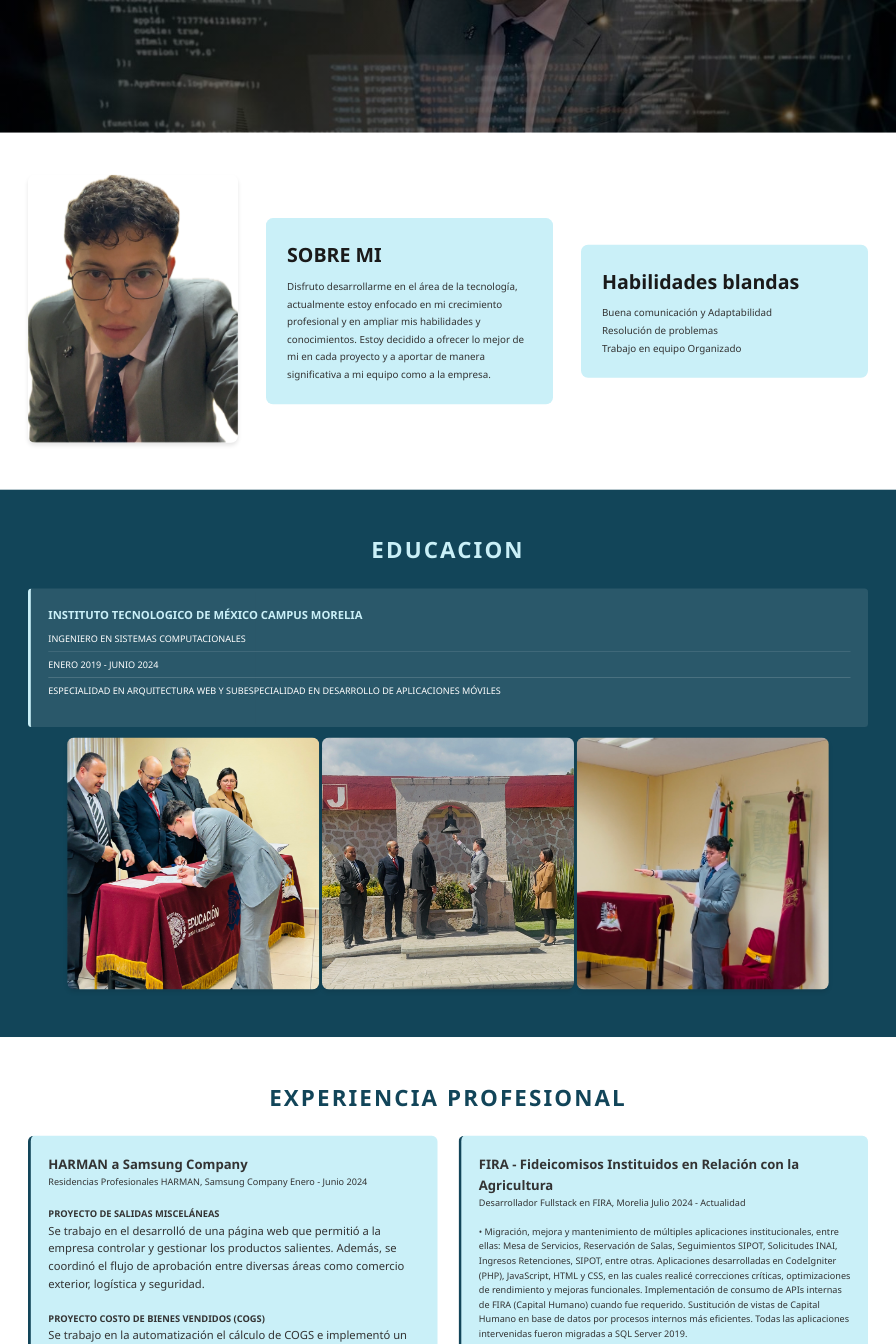
Repository: rafaelsilva2k/mi-portafolio
Page: index.html
These files come from the project's save history. The page is drawn as it stood at one moment and after a run of saves; the edit follows.
The browser window is 1280 px wide. The pictures show the part of the page from y = 411 to 2331 px (the page is 3313 px tall before and 3319 px after), at 70% of full size.

Above is the page before, as saved 2026-04-17 12:58:08.

### index.html
<!DOCTYPE html>
<html lang="en">
<head>
    <meta charset="UTF-8">
    <meta name="viewport" content="width=device-width, initial-scale=1.0">
    <title>Rafael Fabian Silva Zapien</title>
    <link rel="stylesheet" href="styles.css">
</head>
<body>
    <!-- HEADER: Nombre, Profesión y Menú de Navegación -->
    <header class="header">
        <div class="header-content">
            <div class="logo-section">
                <h1>Rafael Fabian Silva Zapien</h1>
                <p class="profession">INGENIERO EN SISTEMAS COMPUTACIONALES</p>
            </div>

            <nav class="navbar">
                <ul>
                    <li><a href="#sobre-mi">SOBRE MI</a></li>
                    <li><a href="#educacion">EDUCACION</a></li>
                    <li><a href="#experiencia">EXPERIENCIA</a></li>
                    <li><a href="#proyectos">PROYECTOS</a></li>
                    <li><a href="#contacto">CONTACTO</a></li>
                </ul>
            </nav>
        </div>
    </header>

    <!-- HERO SECTION: Imagen grande con texto "Desarrollador Web Fullstack" -->
     <section class="hero">
        <div class="hero-content">
            <h2>Desarrollador Web<br>Fullstack</h2>
        </div>
     </section>

     <!-- SECCIÓN SOBRE MÍ: Foto + Descripción -->
      <section id="sobre-mi" class="sobre-mi">
        <div class="sobre-mi-container">
            <div class="sobre-mi-foto">
                <img src="images/me.png" alt="Rafael Silva">
            </div>
            <div class="sobre-mi-texto">
                <h2>SOBRE MI</h2>
                <p>Disfruto desarrollarme en el área de la tecnología, actualmente estoy enfocado en mi crecimiento profesional y en ampliar mis habilidades y conocimientos. Estoy decidido a ofrecer lo mejor de mi en cada proyecto y a aportar de manera significativa a mi equipo como a la empresa.</p>
            </div>
            <div class="sobre-mi-texto">
                <h2>Habilidades blandas</h2>
                <p>Buena comunicación y Adaptabilidad <br> Resolución de problemas <br> Trabajo en equipo  Organizado</p>
            </div>
        </div>
      </section>

      <!--Seccion de Educacion-->
      <section id="educacion" class="educacion">
        <h2>EDUCACION</h2>
        <div class="educacion-content">
            <div class="educacion-item">
                <h4>INSTITUTO TECNOLOGICO DE MÉXICO CAMPUS MORELIA</h4>
                <p>INGENIERO EN SISTEMAS COMPUTACIONALES</p>
                <p>ENERO 2019 - JUNIO 2024</p>
                <p>ESPECIALIDAD EN ARQUITECTURA WEB Y SUBESPECIALIDAD EN DESARROLLO DE APLICACIONES MÓVILES</p>
            </div>
            <div class="education-item">
                <div class="education-photos">
                    <img src="images/FirmaTitulacion.jpeg">
                    <img src="images/campanaTitulacion.jpeg">
                    <img src="images/titulacion.jpeg">
                </div>
            </div>
        </div>
      </section>

      <section id="experiencia" class="experiencia">
        <h2>EXPERIENCIA PROFESIONAL</h2>
            <div class="experiencia-content">
                <div class="experiencia-item">
                    <h3>HARMAN a Samsung Company</h3>
                    <p>Residencias Profesionales HARMAN, Samsung Company Enero - Junio 2024 </p><br>
                    <h5>PROYECTO DE SALIDAS MISCELÁNEAS</h5>
                    <p></p>Se trabajo en el desarrolló de una página web que permitió a la empresa
                    controlar y gestionar los productos salientes. Además, se coordinó el flujo de
                    aprobación entre diversas áreas como comercio exterior, logística y seguridad. <br> <br>
                    <h5>PROYECTO COSTO DE BIENES VENDIDOS (COGS)</h5>
                    Se trabajo en la automatización el cálculo de COGS e implementó un módulo
                    que agiliza la obtención de datos para el reporte de COGS, logrando un análisis
                    más detallado y una representación gráfica eficaz de la información.</p>
                </div>
                <div class="experiencia-item">
                    <h3>FIRA - Fideicomisos Instituidos en Relación con la Agricultura</h3>
                    <p>Desarrollador Fullstack en FIRA, Morelia Julio 2024 - Actualidad <br> <br>
                    • Migración, mejora y mantenimiento de múltiples aplicaciones institucionales,
                    entre ellas: Mesa de Servicios, Reservación de Salas, Seguimientos SIPOT,
                    Solicitudes INAI, Ingresos Retenciones, SIPOT, entre otras.
                    Aplicaciones desarrolladas en CodeIgniter (PHP), JavaScript, HTML y CSS,
                    en las cuales realicé correcciones críticas, optimizaciones de rendimiento y
                    mejoras funcionales.
                    Implementación de consumo de APIs internas de FIRA (Capital Humano)
                    cuando fue requerido.
                    Sustitución de vistas de Capital Humano en base de datos por procesos
                    internos más eficientes.
                    Todas las aplicaciones intervenidas fueron migradas a SQL Server 2019. <br>
                    • Desarrollo de un módulo completo dentro de la aplicación Reservación de
                    Salas para la gestión y reservación de cargadores eléctricos para vehículos del
                    personal interno.<br>
                    • Colaboración en la aplicación Siniestralidad, desarrollada originalmente en
                    ASP, la cual fue migrada a SQL Server 2019 y sometida a una limpieza y
                    depuración general. Posteriormente se detectaron fallas en el funcionamiento y
                    realicé los ajustes necesarios para su correcta operación.<br>
                    • Participación en la migración de la aplicación Firma Electrónica, actualizando
                    la plataforma de Java 1.4 a Java 17, así como la migración de Tomcat y todos
                    los cambios estructurales requeridos para garantizar compatibilidad y
                    estabilidad.<br>
                    • Elaboración de documentación técnica detallada para todos los proyectos,
                    facilitando futuras tareas de mantenimiento, soporte y transferencia de
                    conocimiento dentro del equipo. Apoyo adicional en la preparación de
                    documentación para describir cambio</p>
                </div>
            </div>
      </section>

      <!--Seccion de proyectos-->
      <section id="proyectos" class="proyectos">
        <h2>PROYECTOS</h2>
        <div class="proyectos-content">
            <div class="proyectos-item">
                <h4>Primer proyecto</h4>
                <img src="" alt="Proyecto-1-name">
            </div>
            <div class="proyectos-item">
                <h4> Segundo proyecto</h4>
                <img src="" alt="Proyecto-2-name">
            </div>
            <div class="proyectos-item">
                <h4>Tercer proyecto</h4>
                <img src="" alt="proyecto-3-name">
            </div>
        </div>
      </section>

      <section id="contacto" class="contacto">
        <h2>Contacto</h2>
        <div class="contacto-content">
            <p>Email: rafaelsilva2k256@gmail.com</p>
            <p>LinkedIn: <a href="www.linkedin.com/in/rafael-fabian-silva-zapien-a124ba247">Perfil de Linkedin</a></p>
            <p>GitHub: <a href="#">Tu GitHub</a></p>
        </div>
      </section>

      <!--footer-->
      <footer class="footer">
        <p>&copy; 2024 Rafael Fabian Silva Zapien. Todos los derechos reservados.</p>
      </footer>

      <script src="script.js"></script>
</body>
</html>

### styles.css
/* ============================================
   RESET Y VARIABLES GLOBALES
   ============================================ */

* {
    margin: 0;
    padding: 0;
    box-sizing: border-box;
}

:root {
    --color-primary: #caf0f8;      /* Amarillo */
    --color-secondary: #124559;    /* Dorado/Marrón */
    --color-dark: #1a1a1a;         /* Negro */
    --color-text: #333333;         /* Texto gris oscuro */
    --color-white: #ffffff;        /* Blanco */
}

body {
    font-family: 'Segoe UI', Tahoma, Geneva, Verdana, sans-serif;
    color: var(--color-text);
    line-height: 1.6;
}

/* ============================================
   HEADER - Menú y nombre
   ============================================ */

.header {
    background-color: var(--color-primary);
    padding: 20px 0;
    border-bottom: 3px solid var(--color-secondary);
    position: sticky;
    top: 0;
    z-index: 100;
}

.header-content {
    max-width: 1200px;
    margin: 0 auto;
    padding: 0 20px;

    /* FLEXBOX: Alinea nombre a la izquierda y menú a la derecha */
    display: flex;
    justify-content: space-between;
    align-items: center;
}

.logo-section h1 {
    font-size: 24px;
    font-weight: bold;
    color: var(--color-dark);
}

.profession {
    font-size: 12px;
    color: var(--color-text);
    letter-spacing: 2px;
}

/* NAVEGACIÓN - Menú horizontal */
.navbar ul {
    list-style: none;

    /* FLEXBOX: Alinea los items del menú horizontalmente */
    display: flex;
    gap: 30px;
}

.navbar a {
    text-decoration: none;
    color: var(--color-text);
    font-size: 14px;
    font-weight: 500;
    transition: color 0.3s ease;
}

.navbar a:hover {
    color: var(--color-secondary);
}

/* ============================================
   HERO SECTION - Imagen grande
   ============================================ */

.hero {
    background: linear-gradient(rgba(0, 0, 0, 0.5), rgba(0, 0, 0, 0.5)),
                url('images/iaGeneratedMe.jpeg');
    background-size: cover;
    background-position: center;
    height: 500px;

    /* FLEXBOX: Centra el texto en el hero */
    display: flex;
    align-items: center;
    justify-content: center;
    text-align: center;
}

.hero-content h2 {
    font-size: 48px;
    color: var(--color-primary);
    font-weight: bold;
    text-shadow: 2px 2px 4px rgba(0, 0, 0, 0.7);
}

/* ============================================
   SECCIÓN SOBRE MÍ
   ============================================ */

.sobre-mi {
    padding: 60px 20px;
    background-color: var(--color-white);
}

.sobre-mi-container {
    max-width: 1200px;
    margin: 0 auto;

    /* FLEXBOX: Alinea foto a la izquierda y texto a la derecha */
    display: flex;
    gap: 40px;
    align-items: center;
}

.sobre-mi-foto {
    flex: 0 0 300px;  /* Ancho fijo de 300px */
}

.sobre-mi-foto img {
    width: 100%;
    border-radius: 10px;
    box-shadow: 0 4px 6px rgba(0, 0, 0, 0.1);
}

.sobre-mi-texto {
    flex: 1;  /* Ocupa el espacio restante */
    background-color: var(--color-primary);
    padding: 30px;
    border-radius: 10px;
}

.sobre-mi-texto h2 {
    font-size: 28px;
    margin-bottom: 10px;
    color: var(--color-dark);
}

.sobre-mi-texto h3 {
    font-size: 14px;
    letter-spacing: 2px;
    margin-bottom: 20px;
    color: var(--color-secondary);
}

.sobre-mi-texto p {
    font-size: 14px;
    line-height: 1.8;
    color: var(--color-text);
}

/* ============================================
   SECCIÓN EDUCACIÓN
   ============================================ */

.educacion {
    padding: 60px 20px;
    background-color: var(--color-secondary);
    color: var(--color-white);
}

.educacion h2 {
    font-size: 32px;
    margin-bottom: 30px;
    text-align: center;
    color: var(--color-primary);
    letter-spacing: 3px;
}

.educacion-content {
    max-width: 1200px;
    margin: 0 auto;
}

.educacion-item {
    background-color: rgba(255, 255, 255, 0.1);
    padding: 25px;
    margin-bottom: 15px;
    border-left: 4px solid var(--color-primary);
    border-radius: 5px;
}

.educacion-item h4 {
    font-size: 16px;
    margin-bottom: 10px;
    color: var(--color-primary);
}

.educacion-item p {
    font-size: 13px;
    margin-bottom: 8px;
    padding-bottom: 8px;
    border-bottom: 1px solid rgba(255, 255, 255, 0.2);
}

.educacion-item p:last-child {
    border-bottom: none;
}

.education-photos {
    flex: 0 0 300px;  /* Ancho fijo de 300px */
    text-align: center;
}

.education-photos img {
    width: 30%;
    border-radius: 10px;
    box-shadow: 0 4px 6px rgba(0, 0, 0, 0.1);
}

/* ============================================
   SECCIÓN EXPERIENCIA
   ============================================ */

.experiencia {
    padding: 60px 20px;
    background-color: var(--color-white);
}

.experiencia h2 {
    font-size: 32px;
    margin-bottom: 30px;
    text-align: center;
    color: var(--color-secondary);
    letter-spacing: 3px;
}

.experiencia-content {
    max-width: 1200px;
    margin: 0 auto;

    /* FLEXBOX: Coloca los items uno al lado del otro */
    display: flex;
    gap: 30px;
}

.experiencia-item {
    flex: 1;
    background-color: var(--color-primary);
    padding: 25px;
    border-radius: 8px;
    border-left: 4px solid var(--color-secondary);
}

.experiencia-item h4 {
    font-size: 16px;
    margin-bottom: 10px;
    color: var(--color-dark);
}

.experiencia-item p {
    font-size: 13px;
    color: var(--color-text);
}

/* ============================================
   SECCIÓN PROYECTOS
   ============================================ */

.proyectos {
    padding: 60px 20px;
    background-color: var(--color-primary);
}

.proyectos h2 {
    font-size: 32px;
    margin-bottom: 30px;
    text-align: center;
    color: var(--color-secondary);
    letter-spacing: 3px;
}

.proyectos-content {
    max-width: 1200px;
    margin: 0 auto;

    /* FLEXBOX: Coloca las tarjetas en 3 columnas */
    display: flex;
    gap: 25px;
    justify-content: space-between;
}

.proyectos-item {
    flex: 1;
    background-color: var(--color-white);
    padding: 20px;
    border-radius: 8px;
    box-shadow: 0 2px 8px rgba(0, 0, 0, 0.1);
    transition: transform 0.3s ease;
}

.proyectos-item:hover {
    transform: translateY(-5px);
}

.proyectos-item h4 {
    font-size: 16px;
    margin-bottom: 15px;
    color: var(--color-dark);
}

.proyectos-item img {
    width: 100%;
    height: 200px;
    object-fit: cover;
    border-radius: 5px;
    background-color: var(--color-secondary);
}

/* ============================================
   SECCIÓN CONTACTO
   ============================================ */

.contacto {
    padding: 60px 20px;
    background-color: var(--color-secondary);
    color: var(--color-white);
    text-align: center;
}

.contacto h2 {
    font-size: 32px;
    margin-bottom: 30px;
    color: var(--color-primary);
    letter-spacing: 3px;
}

.contacto-content {
    max-width: 600px;
    margin: 0 auto;
    font-size: 14px;
    line-height: 2;
}

.contacto-content a {
    color: var(--color-primary);
    text-decoration: none;
    font-weight: bold;
}

.contacto-content a:hover {
    text-decoration: underline;
}

/* ============================================
   FOOTER
   ============================================ */

.footer {
    background-color: var(--color-dark);
    color: var(--color-white);
    text-align: center;
    padding: 20px;
    font-size: 12px;
}

/* ============================================
   RESPONSIVE - Para dispositivos móviles
   ============================================ */

@media (max-width: 768px) {
    .header-content {
        flex-direction: column;
        gap: 20px;
    }

    .navbar ul {
        gap: 15px;
        font-size: 12px;
    }

    .sobre-mi-container {
        flex-direction: column;
    }

    .sobre-mi-foto {
        flex: 0 0 200px;
    }

    .experiencia-content {
        flex-direction: column;
    }

    .proyectos-content {
        flex-direction: column;
    }

    .hero-content h2 {
        font-size: 32px;
    }
}

Loaded but not shown: script.js (no copy from this time; the picture is the same without it)

After the next 2 saves:
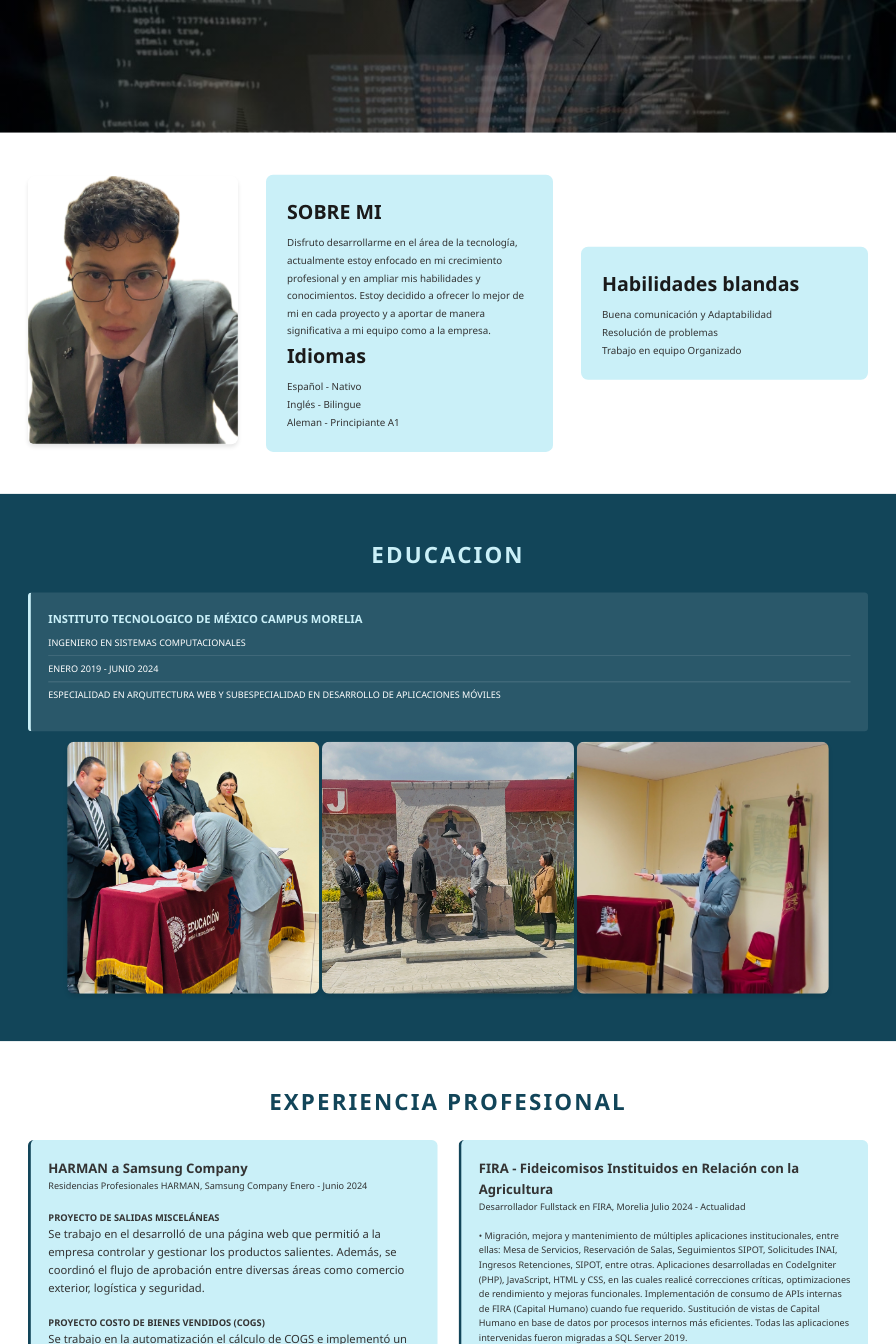
The 2 saves are shown as one change because they came seconds apart.
The last was saved 5 s later.
--- a/index.html
+++ b/index.html
@@ -43,6 +43,8 @@
             <div class="sobre-mi-texto">
                 <h2>SOBRE MI</h2>
                 <p>Disfruto desarrollarme en el área de la tecnología, actualmente estoy enfocado en mi crecimiento profesional y en ampliar mis habilidades y conocimientos. Estoy decidido a ofrecer lo mejor de mi en cada proyecto y a aportar de manera significativa a mi equipo como a la empresa.</p>
+                <h2>Idiomas</h2>
+                <p>Español - Nativo <br> Inglés - Bilingue <br> Aleman - Principiante A1</p>
             </div>
             <div class="sobre-mi-texto">
                 <h2>Habilidades blandas</h2>
